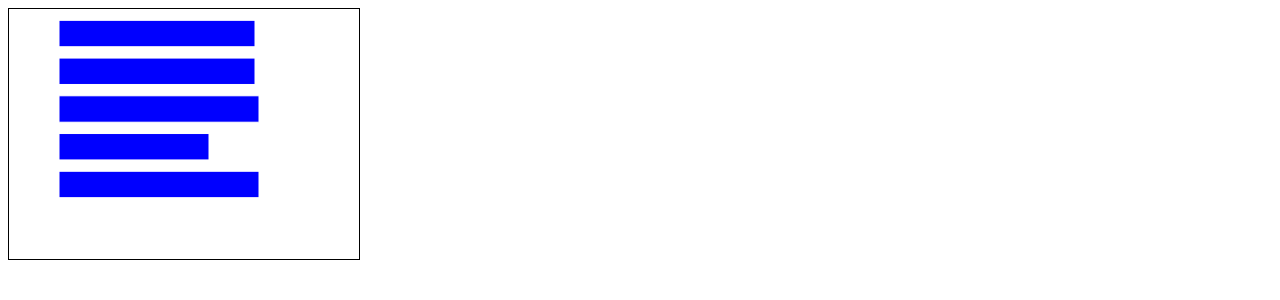
Repository: ducdatit2002/Data-Visualization-Coursera
Page: WEEK2/Demo/demo_adding_annotations.html
These files come from the project's save history. The page is drawn as it stood at one moment and after the next save; the edit follows.
The browser window is 1280 px wide. The pictures show the whole page.

Above is the page before, as saved 2023-10-07 00:18:20.
Console error: ReferenceError: call is not defined

### WEEK2/Demo/demo_adding_annotations.html
<html>
  <head></head>
  <body>
    <svg
      id="container"
      height="250"
      width="350"
      style="border: 1px solid black"
    >
      <g id="body" style="transform: translate(50px, 0px)"></g>
      <g id="yAxis"></g>
      <g id="xAxis"></g>
    </svg>
  </body>
  <script src="https://cdn.jsdelivr.net/npm/d3@7"></script>
  <script>
    let body = d3.select("#body");
    d3.csv("data.csv").then(showData);

    function showData(clients) {
      let max = d3.max(clients, d => d.Weight);
      let scale = d3.scaleLinear().range([0, 200]).domain([0, max]);

      let scalePosition = d3.scaleBand()
      .range([0, 200])
      .domain(clients.map(d => d.Name))
      .padding(0.3);

      let join = body.selectAll("rect").data(clients);

      join
        .enter()
        .append("rect")
        .style("fill", "blue")
        .style("stroke", "white")
        .attr("width", d => scale(d.Weight))
        .attr("height", scalePosition.bandwidth())
        .attr("y", (d) => scalePosition(d.Name));

    let xAxis = d3.axisBottom(scale)
    d3.select("#xAxis")
        .attr("transform", "translate(50,200)")
        call(xAxis);
    }
  </script>
</html>

After the next save:
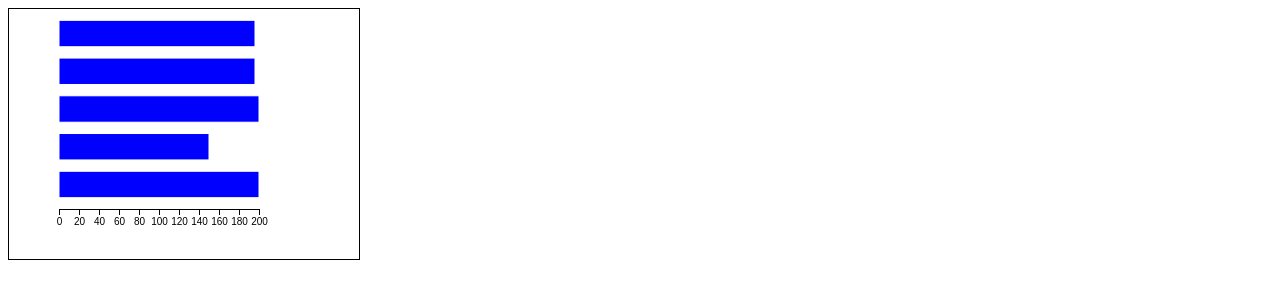
The error is gone.
Saved 9 s later.
--- a/WEEK2/Demo/demo_adding_annotations.html
+++ b/WEEK2/Demo/demo_adding_annotations.html
@@ -40,7 +40,7 @@
     let xAxis = d3.axisBottom(scale)
     d3.select("#xAxis")
         .attr("transform", "translate(50,200)")
-        call(xAxis);
+        .call(xAxis);
     }
   </script>
 </html>
